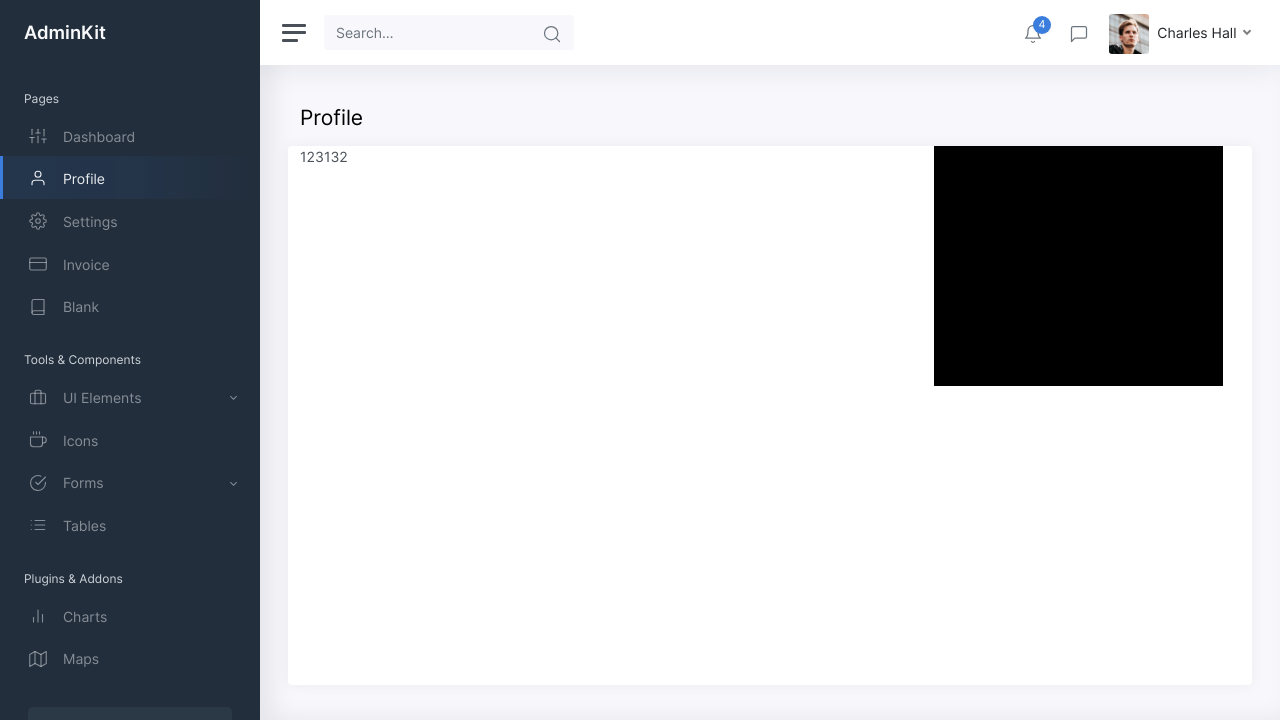
Repository: yuwei0922/WHURS-WGIS
Page: final_project/pages-profile.html
The author's editor kept a copy of each file at every save. The page is drawn from the files as they stood at one save, then again after the next save.
The browser window is 1280 px wide. The pictures show the whole page.

Above is the page before, as saved 2022-12-21 20:11:12.
Not found: final_project/js/vendor.js

After the next save:
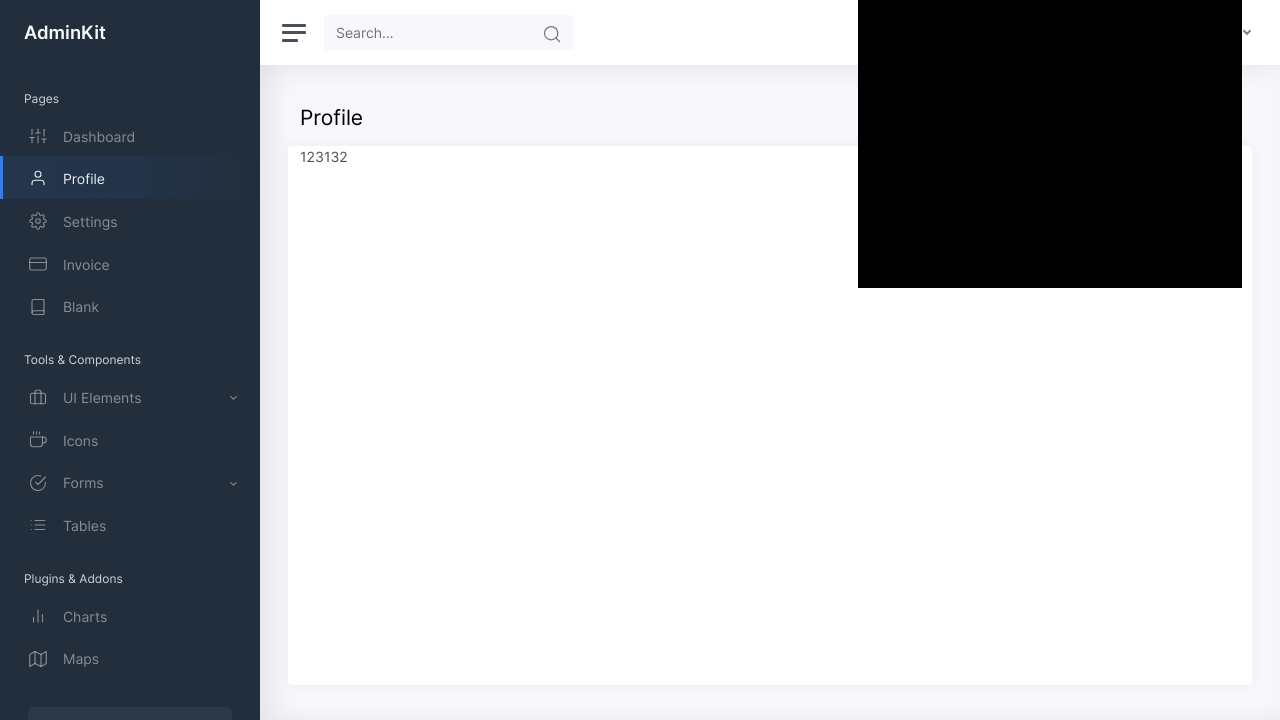
Saved 74 s later.
--- a/final_project/pages-profile.html
+++ b/final_project/pages-profile.html
@@ -299,18 +299,18 @@
 				</div>
 			</nav>
 
-			<main class="content">
+			<main class="content" style="position: relative;">
 				<div class="container-fluid p-0 map-background">
 
 					<h1 class="h3 mb-3">Profile</h1>
 
 					<div class="row map-background">
 						<div class="card col-12 mapcontent">123132</div>
-						<div class="select-contronller">
+
 					</div>
 					</div>
 				</div>
-
+				<div class="select-contronller">
 			</main>
 
 
